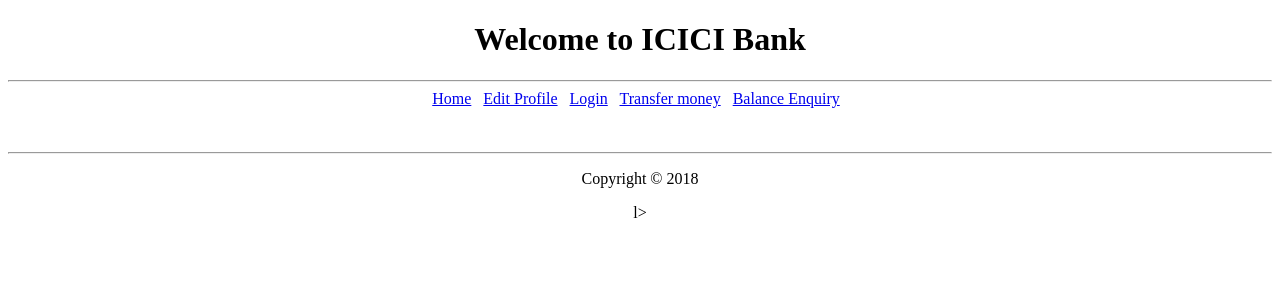
Repository: laikrish/day10
Page: http://localhost/BankApp/
These files come from the project's save history. The page is drawn as it stood at one moment and after the next save; the edit follows.
The browser window is 1280 px wide. The pictures show the whole page.
The page is served by Tomcat 9. Other server files are loaded and not shown.

Above is the page before, as saved 2018-09-12 12:02:11.

### BankApp/WebContent/welcome.jsp
<%@ page language="java" contentType="text/html; charset=ISO-8859-1"
    pageEncoding="ISO-8859-1"%>
<!DOCTYPE html>
<html>
<head>
<meta charset="ISO-8859-1">
<title>ICICI BANK</title>
</head>

<body  style="text-align:center">
       <%@ include file = "header.jsp" %>
      <hr>

        <a href="login.jsp">Home</a>
        &nbsp

        <a href="login.jsp">Edit Profile</a>
        &nbsp

		<a href="login.jsp">Login</a>
		&nbsp

		<a href="login.jsp">Transfer money</a>
		&nbsp

		<a href="login.jsp">Balance Enquiry</a>
		&nbsp



        <%@ include file = "footer.jsp" %>



   </body>


</html>

### BankApp/WebContent/header.jsp
<%@ page language="java" contentType="text/html; charset=ISO-8859-1"
    pageEncoding="ISO-8859-1"%>
<!DOCTYPE html>
<html>
<head>
<meta charset="ISO-8859-1">
<title>Welcome header</title>
</head>

<body>

   <h1> Welcome to ICICI Bank</h1>


</body>
</html>

### BankApp/WebContent/footer.jsp
<%@ page language="java" contentType="text/html; charset=ISO-8859-1"
    pageEncoding="ISO-8859-1"%>
<!DOCTYPE html>
<html>
<head>
<meta charset="ISO-8859-1">
<title>Welcome footer</title>
</head>
<footer>
<body>
<br/><br/>
      <hr>
         <p>Copyright © 2018</p>
</footer>
   </body>
</html>l>

After the next save:
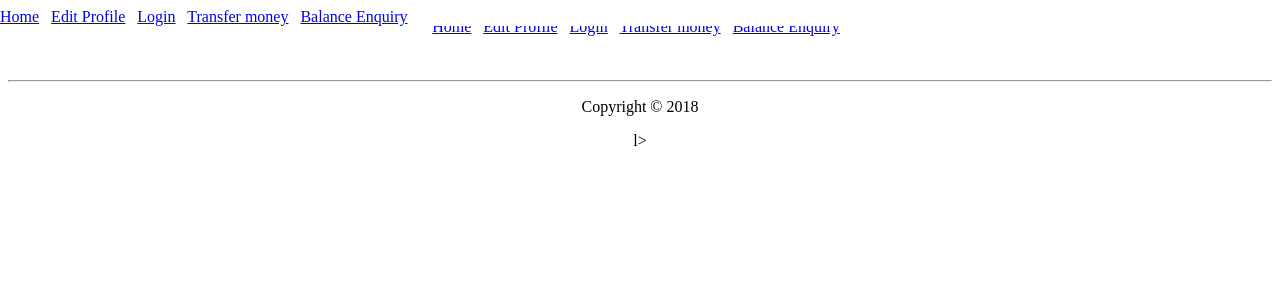
Saved 3 min 41 s later.
--- a/BankApp/WebContent/header.jsp
+++ b/BankApp/WebContent/header.jsp
@@ -7,10 +7,38 @@
 <title>Welcome header</title>
 </head>
 
-<body>
-
-   <h1> Welcome to ICICI Bank</h1>
+<style>
+.header {
+   position:fixed;
+   left:0;
+   top:50;
+   width:1000%;
+  background-color:white;
+  color:black;
+  text-align:left;
+  }
+  </style>
+  </head>
+  <body>
+  <div class="header">
 
 
-</body>
-</html>
+     <a href="login.jsp">Home</a>
+        &nbsp
+
+        <a href="login.jsp">Edit Profile</a>
+        &nbsp
+
+		<a href="login.jsp">Login</a>
+		&nbsp
+
+		<a href="login.jsp">Transfer money</a>
+		&nbsp
+
+		<a href="login.jsp">Balance Enquiry</a>
+		&nbsp
+
+
+  </div>
+  </body>
+  </html>
